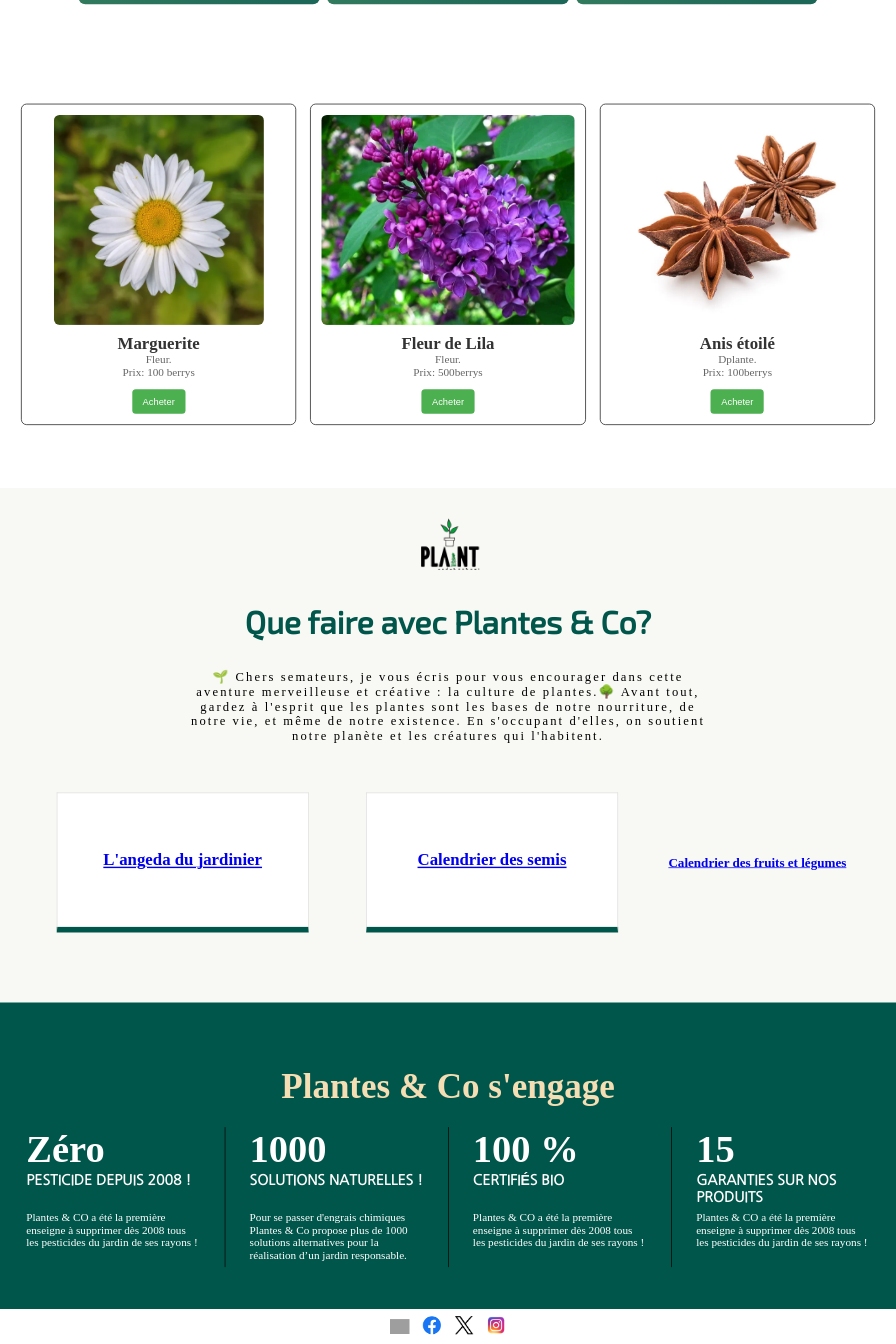
Repository: Flexo874/ISITECH-HTML-CSS
Page: index.html
These files come from the project's save history. The page is drawn as it stood at one moment and after the next save; the edit follows.
The browser window is 1280 px wide. The pictures show the part of the page from y = 1603 to 3523 px (the page is 3523 px tall), at 70% of full size.
Pictures or frames that could not be fetched are drawn as grey boxes. Some web fonts or font styles are not loaded; a fallback is used.

Above is the page before, as saved 2024-01-04 15:04:16.

### index.html
<!DOCTYPE html>
<html>
<head>
    <link rel="icon" href="/images/logo_render.png">
    <title>Plantes & Co</title>
    <link rel="preconnect" href="https://fonts.googleapis.com">
<link rel="preconnect" href="https://fonts.gstatic.com" crossorigin>
<link href="https://fonts.googleapis.com/css2?family=Exo+2&family=Macondo&family=Nanum+Gothic&display=swap" rel="stylesheet">
     <link rel="stylesheet" type="text/css" href="./style.css">
     <link rel="stylesheet" type="text/css" href="./reseaux.css">
     <link rel="stylesheet" type="text/css" href="./engagement.css">
     <link rel="stylesheet" type="text/css" href="./instructions.css">
     <link rel="preconnect" href="https://fonts.googleapis.com">
     <link rel="preconnect" href="https://fonts.gstatic.com" crossorigin>
     <link href="https://fonts.googleapis.com/css2?family=Exo+2&display=swap" rel="stylesheet">
     <link rel="preconnect" href="https://fonts.googleapis.com">
     <link rel="preconnect" href="https://fonts.gstatic.com" crossorigin>
     <link href="https://fonts.googleapis.com/css2?family=Exo+2&family=Macondo&display=swap" rel="stylesheet">
</head>
<body>

    <ul>
        <li>  <img src="images/logo_render.png" alt="Logo"></li>
        <li><a href="#home">Home</a></li>
        <li><a href="#news">News</a></li>
        <li><a href="/contact/contact.html">Contact</a></li>
        <li><a href="#about">About</a></li>
    </ul>

    <div class="plant-img">
        <div>
            <img src="/images/logo_render.png" alt="plante">
        </div>
    </div>

    <h1 > Best Sellers</h1>

    <div class="container">
            <div class="item">
                <a>
                <img src="images/semis-prêt-à-être-planté-dans-le-jardin.webp" alt="Logo">
                <p>Lorem ipsum dolor sit amet, consectetur adipiscing elit,  aliqua. Ut enim ad minim veniam, quis nostrud exercitation ullamco laboris nisi ut aliquip ex ea commodo consequat. Duis aute irure dolor in reprehenderit in voluptate velit esse cillum dolore eu fugiat nulla pariatur. Excepteur sint occaecat cupidatat non proident, sunt in culpa qui officia deserunt mollit anim id est laborum.</p>
                </a>
            </div>
            <div class="item">
                <a>
                <img src="images/semis-prêt-à-être-planté-dans-le-jardin.webp" alt="Logo">
                <p>Lorem ipsum dolor sit amet, consectetur adipiscing elit,  aliqua. Ut enim ad minim veniam, quis nostrud exercitation ullamco laboris nisi ut aliquip ex ea commodo consequat. Duis aute irure dolor in reprehenderit in voluptate velit esse cillum dolore eu fugiat nulla pariatur. Excepteur sint occaecat cupidatat non proident, sunt in culpa qui officia deserunt mollit anim id est laborum.</p>
                </a>
            </div>
            <div class="item">
                <a>
                <img src="images/semis-prêt-à-être-planté-dans-le-jardin.webp" alt="Logo">
                <p>Lorem ipsum dolor sit amet, consectetur adipiscing elit,  aliqua. Ut enim ad minim veniam, quis nostrud exercitation ullamco laboris nisi ut aliquip ex ea commodo consequat. Duis aute irure dolor in reprehenderit in voluptate velit esse cillum dolore eu fugiat nulla pariatur. Excepteur sint occaecat cupidatat non proident, sunt in culpa qui officia deserunt mollit anim id est laborum.</p>
                </a>
            </div>
    </div>

    <section class="produits">
        <div class="produit">
            <img src="images/Leucanthemum_vulgare.webp" alt="Produit 1">
            <h3>Marguerite</h3>
            <p>Fleur.</p>
            <p>Prix: 100 berrys</p>
            <button>Acheter</button>
        </div>
        <div class="produit">
            <img src="images/1676375528_249_Belle-signification-et-symbolisme-de-la-couleur-de-la-fleur.webp" alt="Produit 1">
            <h3>Fleur de Lila</h3>
            <p>Fleur.</p>
            <p>Prix: 500berrys </p>
            <button>Acheter</button>
        </div>
        <div class="produit">
            <img src="images/anis-étoilé-spice-de-fruits-et-de-graines-isolé-sur-fond-blanc.webp" alt="Produit 1">
            <h3>Anis étoilé</h3>
            <p>Dplante.</p>
            <p>Prix: 100berrys</p>
            <button>Acheter</button>
        </div>
    </section>

    <section class="instructions">
        <div class="logo">
        <img src="images/logo_render.png" alt="Logo">
        </div>
        <div class="titre">
            <h2>Que faire avec Plantes & Co?</h2>
        </div>
        <div class="description">
            <p>🌱 Chers semateurs, je vous écris pour vous encourager dans cette aventure
                 merveilleuse et créative : la culture de plantes.🌳 Avant tout, gardez à l'esprit que les plantes sont les bases de notre nourriture, de notre vie, et même de notre existence. En s'occupant d'elles, on soutient notre planète et les créatures qui l'habitent.</p>
          </div>
        <div class="categories">
            <a class="calendar" href="https://www.notretemps.com/vie-pratique/jardin/l-agenda-du-jardinier">
                 <h3>L'angeda du jardinier</h3>
            </a>
            <a class="calendar" href="https://www.fermedesaintemarthe.com/calendrier-des-semis-et-recoltes-p-13525">
                <h3>Calendrier des semis</h3>
            </a>
            <a calss="calendar" href="https://www.bienmanger.com/1C600_Saison_Fruits_Legumes_Calendrier.html">
                <h3>Calendrier des fruits et légumes</h3>
            </a>
        </div>
    </section>

    <section class="engagement">
        <div class="titre2">
            <h2>Plantes & Co s'engage</h2>
        </div>
        <div class="cat">
            <div class="eng">
                <div class="titre-pesticide">
                    <h3>Zéro</h3>
                    <h4>PESTICIDE DEPUIS 2008 !</h4>
                </div>
                <div class="test">
                    <p>Plantes & CO a été la première enseigne à supprimer dès 2008 tous les pesticides du jardin de ses rayons !</p>
                </div>
             </div>
            <div class="separator"></div>
            <div class="eng">
                <div class="titre-pesticide">
                <h3>1000</h3>
                <h4>SOLUTIONS NATURELLES !</h4>
            </div>
                <div class="test">
                <p>Pour se passer d'engrais chimiques Plantes & Co propose plus de 1000 solutions alternatives pour la réalisation d’un jardin responsable.</p>
            </div>
            </div>
            <div class="separator"></div>
            <div class="eng">
                <div class="titre-pesticide">
                <h3>100 %</h3>
                <h4>CERTIFIÉS BIO</h4>
            </div>
                <div class="test">
                <p>Plantes & CO a été la première enseigne à supprimer dès 2008 tous les pesticides du jardin de ses rayons !</p>
            </div>
            </div>
            <div class="separator"></div>

            <div class="eng">
                <div class="titre-pesticide">
                <h3>15</h3>
                <h4>GARANTIES SUR NOS PRODUITS</h4>
            </div>
                <div class="test">
                <p>Plantes & CO a été la première enseigne à supprimer dès 2008 tous les pesticides du jardin de ses rayons !</p>
            </div>
            </div>
        </div>
    </section>

    <footer>
            <div class="socials">
                <div class="social">
                    <a class="yt"><img src="images/youtube.webp" alt="Youtube"></a>
                </div>
                <div class="social">
                    <img src="images/logo-facebook.webp" alt="Youtube">
                </div>
                <div class="social">
                    <img src="images/logo-black.png.twimg.1920.webp" alt="Youtube">
                </div>
                <div class="social">
                    <img src="images/580b57fcd9996e24bc43c521.webp" alt="Youtube">
                </div>
            </div>
    </footer>




</body>
</html>

### style.css
* {
  margin: 0;
  padding: 0;
  scroll-behavior: smooth;
}
ul {
  list-style-type: none;
  margin: 0;
  padding: 0;
  overflow: hidden;
  background-image: linear-gradient(
    109.6deg,
    rgba(61, 131, 97, 1) 11.2%,
    rgba(28, 103, 88, 1) 91.1%
  );
  display: flex;
  list-style: none;
  box-sizing: border-box;
  justify-content: left;
}

li img {
  width: 50px;
  height: auto;
  vertical-align: middle;
}

li {
  position: relative;
  margin-left: 20px;
}

li a {
  display: block;
  color: white;
  text-align: center;
  padding: 18px 16px;
  text-decoration: none;
  font-size: 18px;
  transition: 0.4s ease-in-out;
  position: center;
  font-family: "Noto Mono", monospace;
}

li a:hover {
  background-color: #00564B;
  border-radius: 5px;
  transform: scale(1.2);
}

.plant-img  {
  width: 100%;
  height: 56vw;
  object-fit: cover;
  overflow: hidden;
  background-image:url(images/lines.webp);


}
.plant-img > div {
  width: 100%;
  height: 100%;
  display: flex;
  justify-content: center;
  background-image: linear-gradient(0deg, white 0%, rgba(0,0,0,0) 15%);
}
.plant-img > div > img{
  align-items: center;
  width: 600px;

}

h1 {
  padding: 40px;
  padding-bottom: 0;
  margin-bottom: 0;
  margin-top: 60px;
  text-align: center;
  font-weight: bold;
  font-size: 60px;
}

.container {
  display: flex;
  grid-template-columns: repeat(3, 1fr);
  grid-auto-rows: minmax(300px, auto);
  gap: 10px;
  padding: 10px;
  margin-top: 0;
  margin: 8%;
  padding-top: 0;
}

.item {
  align-items: center;
  justify-content: center;
  border-radius: 10px;
  display: flex;
  justify-content: center;
  align-items: center;
  background-image: linear-gradient(
    109.6deg,
    rgba(61, 131, 97, 1) 11.2%,
    rgba(28, 103, 88, 1) 91.1%
  );
}

.item a {
  margin: 7px;
}

.item a:hover {
  color: white;
}

.item img {
  max-width: 100%;
  height: auto;
  border-radius:5px;
}

.item p {
  margin-top: 10px;
  text-align: center;
  color: white;
  font-family: "Noto Mono", monospace;
  font-size: 16px;
  margin:20px;

}

.produits {
  display: flex;
  flex-wrap: wrap;
  justify-content: space-around;
  padding: 20px;
}

.produit {
  background-color: #fff;
  border: 1px solid #ddd;
  border-radius: 8px;
  border-color: #111;
  margin: 10px;
  padding: 15px;
  text-align: center;
  transition: transform 0.3s ease-in-out;
  width: calc(33.33% - 20px);
  box-sizing: border-box;


}

.produit:hover {
  transform: scale(1.05);
}

.produit img {
  max-width: 100%;
  height: 300px;
  border-radius: 8px;
}

.produit h3 {
  margin-top: 10px;
  font-size: 1.5em;
  color: #333;
}

.produit p {
  color: #666;
}

.produit button {
  background-color: #4caf50;
  color: #fff;
  padding: 10px 15px;
  border: none;
  border-radius: 5px;
  cursor: pointer;
  margin-top: 15px;
}

.produit button:hover {
  background-color: #45a049;
}

### reseaux.css
footer{
    background-color:white;

}

.socials{
    display: flex;
    justify-content:center;
    padding: 10px 0;

}

.social{
    margin:0 10px;
}

.social img{
    width: 26px;
    height: 26px;
}

.social  :hover{
    transform: scale(1.1);
}
.social > .yt img{
    width: 26px;
    height: auto;
    padding-top: 5px;
    scale: 1.1;
}

### engagement.css
.engagement{
    padding: 20px ;

    background-color:#00564B;
}

.titre2{
    margin-top: 70px;
    text-align: center  ;
}
.engagement > .titre2 h2{
    font-family: 'Exo 2', sans-serif;
    font-family: 'Macondo', cursive;
    color:wheat;
    font-size: 50px;
}

.cat{
    display: flex;
    flex-wrap: wrap;
    justify-content: space-around;
    align-items: top;
    width: 100%;
    margin-top: 30px;
    margin-bottom: 20px;
    text-align:left;
    flex-direction:row;
    border-color: 8px solid black;


}

.test {
    display: flex;
    align-items:baseline;
    height: 100px;
}

.titre-pesticide {
    height: 120px;
}

.eng {
    width: 20%;
}

.eng h3{
    font-size: 55px;
    color:white;
    display: block;
}

.eng h4{
    font-size: 20px;
    color:white;
    margin-bottom: 30px;
    font-family: 'Exo 2', sans-serif;
    font-family: 'Macondo', cursive;
    font-family: 'Nanum Gothic', sans-serif;
    display: block;
}

.eng p{
    color:white;
}

.separator{
    height: 200px;
    width: 1px;
    background-color: black;
}

### instructions.css
.instructions{
    padding: 20px ;
    margin-top: 60px;
    background-color:#F8F8F4;

}

.logo{
    display: flex;
    justify-content: center;
    align-items:center;
}

.logo img {
    width: 10%;

}



 .titre {
  margin-top: 20px;
  text-align: center;
  font-weight: bold;
  color:#00564B;
  font-size: 30px;
  width: 100%;
}

.titre h2{
    font-family: 'Exo 2', sans-serif;
}

.description{
    display: flex;
    margin: 40px;
    text-align: center;
    margin-left: 20%;
    margin-right: 20%;
}

.description p{
    letter-spacing: 3px;
    font-size: 18px;

}


.categories{
    display: flex;
    flex-wrap: wrap;
    justify-content: space-around;
    padding: 20px;
    align-items: center;

    margin-top: 30px;
    margin-bottom: 50px;
}

.calendar {
    background-color: #fff;
  border: 1px solid #ddd;
  margin: 10px;
  padding: 15px;
  text-align: center;
  transition: transform 0.3s ease-in-out;
  width: calc(33.33% - 20px);
  box-sizing: border-box;
  height: 200px;
  width: 30%;
  display: flex;
  flex-direction: column;
  justify-content: space-around;
  border-bottom: solid 8px #00564B;
  transition: border 200ms ease-in-out;
}

.calendar h3{
    text-decoration: none;
    text-decoration-color: black;
}

.calendar:hover {
    border: solid 8px #00564B;
}

.calendar > h3 {
    font-size: 24px;

}

After the next save:
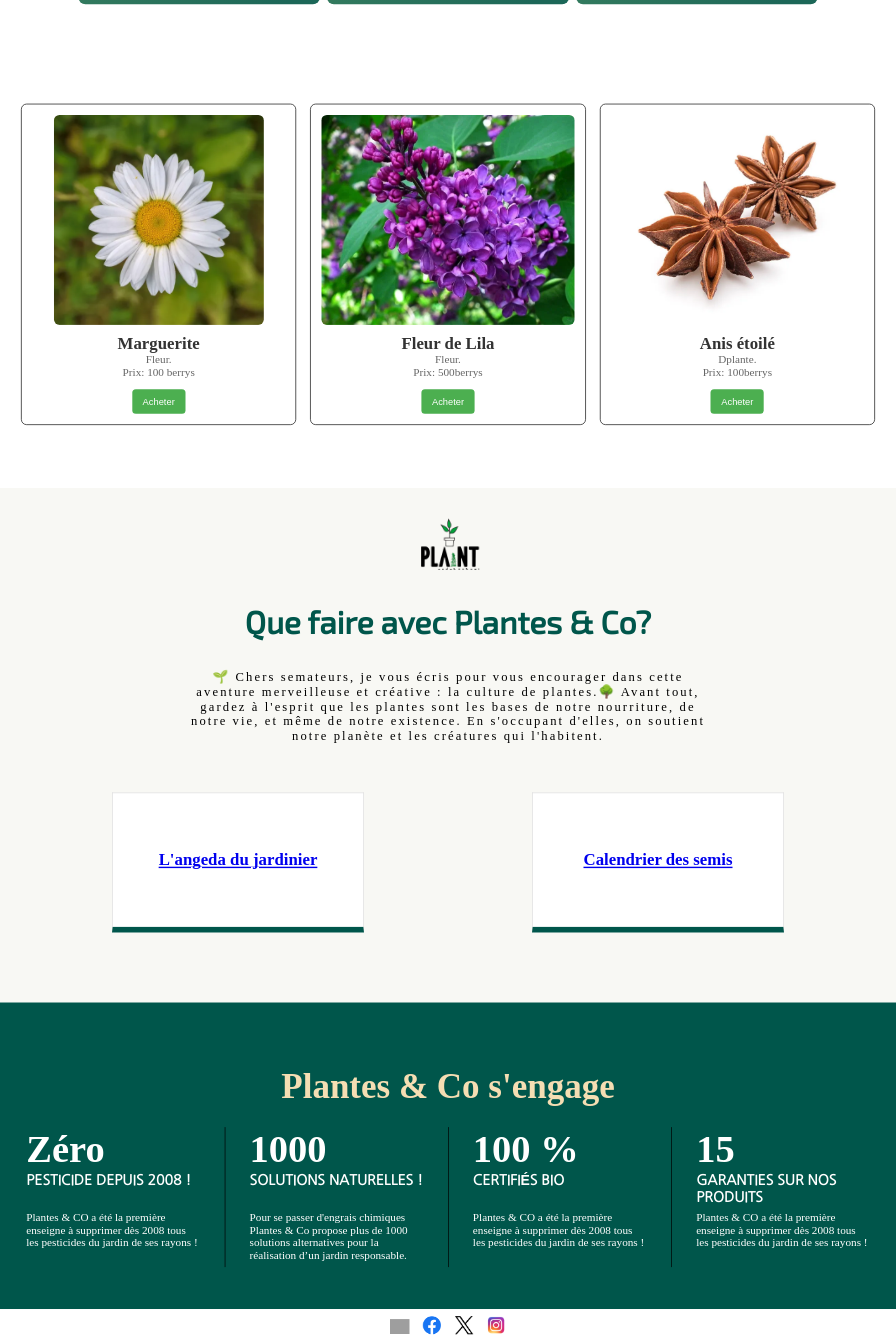
Saved 2 min 0 s later.
--- a/index.html
+++ b/index.html
@@ -98,9 +98,7 @@
             <a class="calendar" href="https://www.fermedesaintemarthe.com/calendrier-des-semis-et-recoltes-p-13525">
                 <h3>Calendrier des semis</h3>
             </a>
-            <a calss="calendar" href="https://www.bienmanger.com/1C600_Saison_Fruits_Legumes_Calendrier.html">
-                <h3>Calendrier des fruits et légumes</h3>
-            </a>
+
         </div>
     </section>
 

After the save that followed:
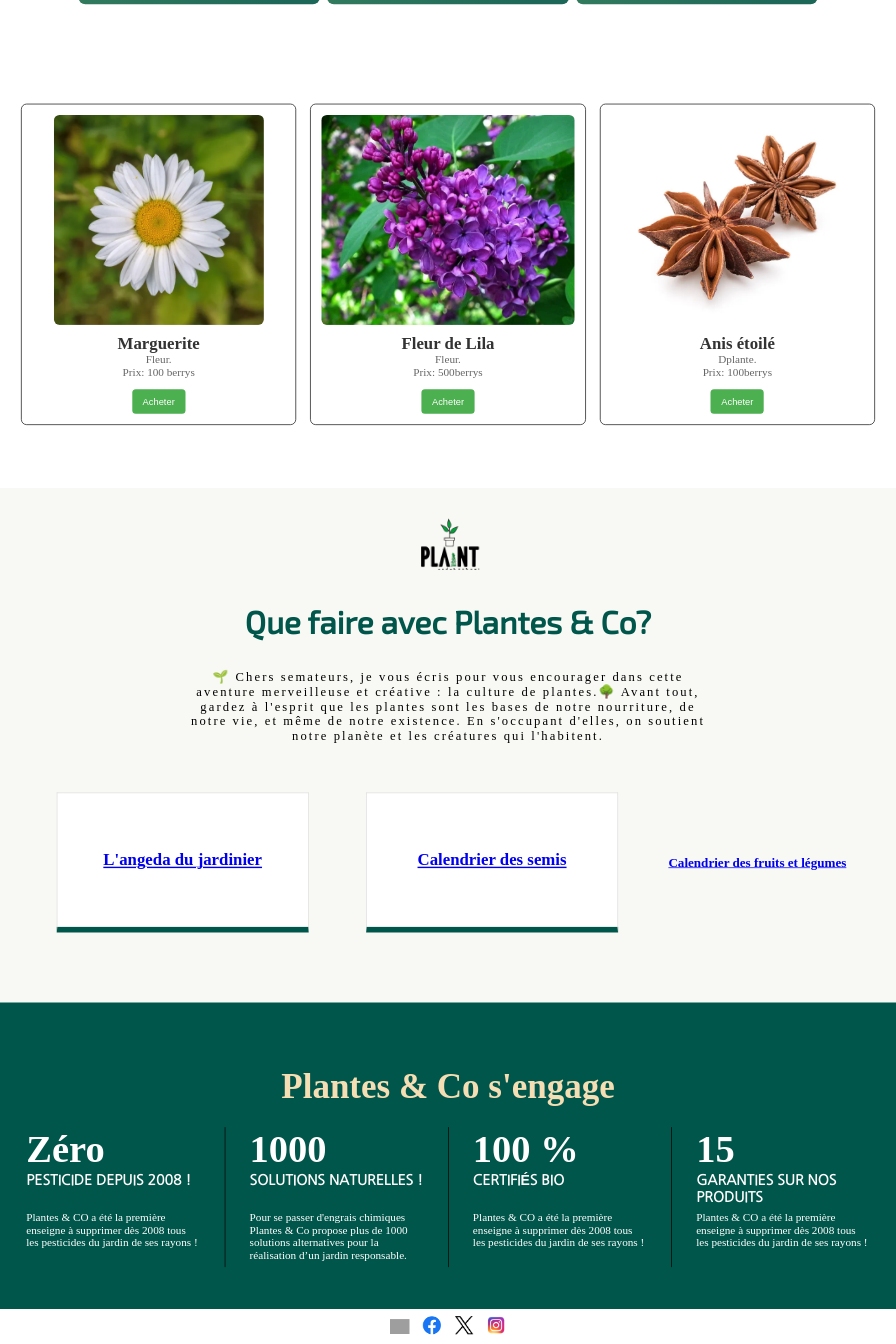
Saved 4 s later.
--- a/index.html
+++ b/index.html
@@ -98,7 +98,9 @@
             <a class="calendar" href="https://www.fermedesaintemarthe.com/calendrier-des-semis-et-recoltes-p-13525">
                 <h3>Calendrier des semis</h3>
             </a>
-
+            <a calss="calendar" href="https://www.bienmanger.com/1C600_Saison_Fruits_Legumes_Calendrier.html">
+                <h3>Calendrier des fruits et légumes</h3>
+            </a>
         </div>
     </section>
 
